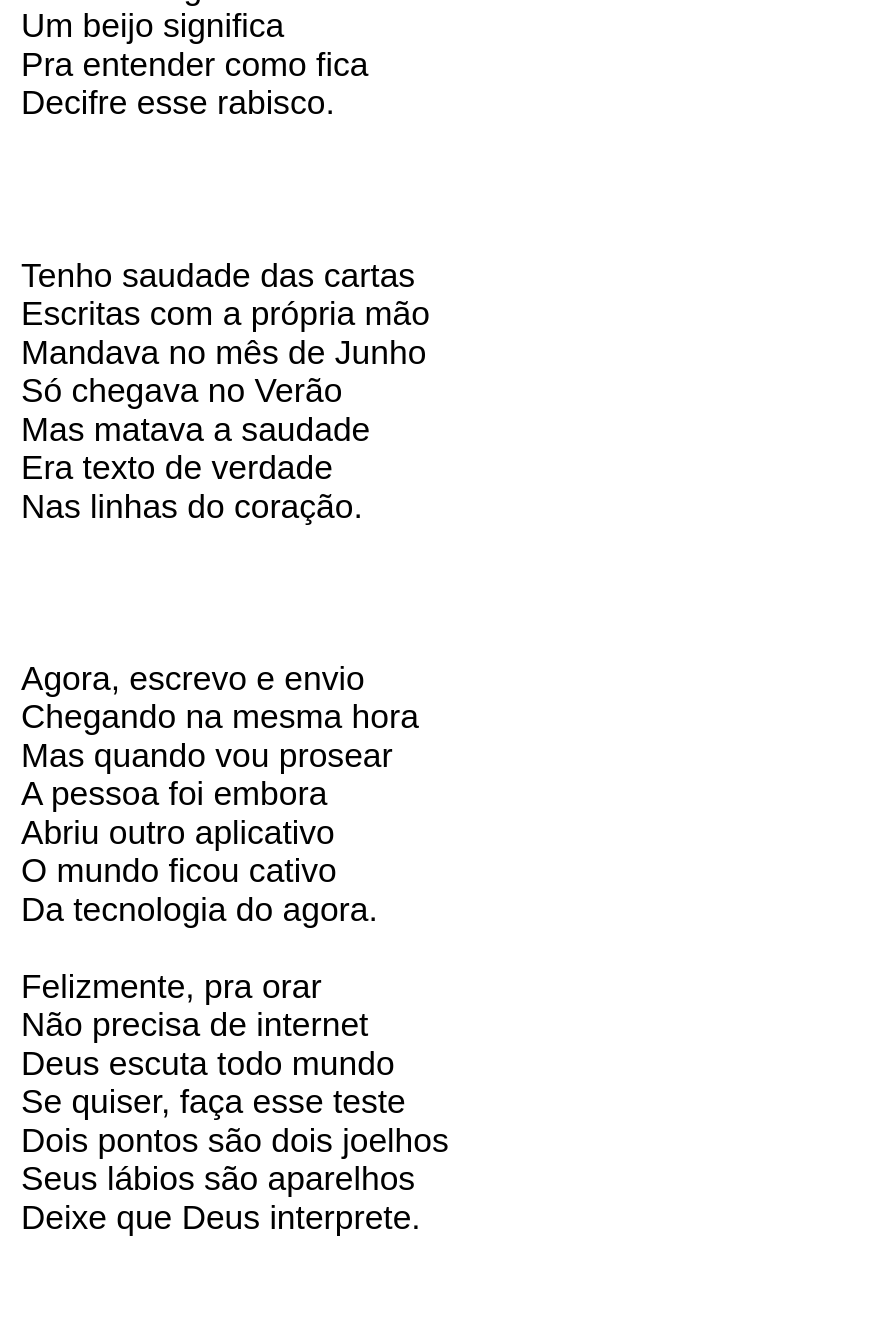
Repository: jorgprado/curso-html-css-Guanabara
Page: exec-pag-cordel/index.html
The author's editor kept a copy of each file at every save. The page is drawn from the files as they stood at one save, then again after the next save.
The browser window is 1280 px wide. The pictures show the part of the page from y = 2086 to 4006 px (the page is 3970 px tall before and 4006 px after), at 70% of full size.
Some web fonts or font styles are not loaded; a fallback is used.

Above is the page before, as saved 2023-05-18 15:54:04.

### exec-pag-cordel/index.html
<!DOCTYPE html>
<html lang="pt-br">
<head>
    <meta charset="UTF-8">
    <meta http-equiv="X-UA-Compatible" content="IE=edge">
    <meta name="viewport" content="width=device-width, initial-scale=1.0">
    <link rel="stylesheet" href="estilos/style.css">
    <title>Cordel Moderno</title>
</head>
<body>
    <header>
        <h1>Cordel Moderno</h1>
        <p>Por <a href="https://www.recantodasletras.com.br/poesias/3186743" target="_blank">Milton Duarte</a></p>
    </header>
    <main>
        <article>

            <div class="box">
                <p>
                    Estou ficando cansado
                    Da tal tecnologia
                    Só se fala por e-mail
                    Mensagem curta e fria
                    Twitter e Facebook
                    Antes que eu caduque
                    Vou dizer tudo em poesia.
                </p>
            </div>

            <div class="box box-img">
                <p>
                    Não é mais como era antes
                    É tudo abreviado
                    "Você" só tem duas letras
                    O "O" e o "E" foi riscado
                    Para declarar o amor
                    Basta botar uma flor
                    E um coração desenhado.
                </p>
            </div>

            <div class="box">
                <p>
                    Arroba agora não pesa
                    É parte de um endereço
                    Ponto final nem se usa
                    Ou vai até no começo
                    Agora é .com
                    Se o saite é muito bom
                    Ele vale um alto preço.
                    Pra piorar a liguagem
                    O emoticom é um risco
                    Tem símbolo para tudo
                    Ponto e vírgula e um asterisco
                    Um beijo significa
                    Pra entender como fica
                    Decifre esse rabisco.
                </p>
            </div>

            <div class="box box-img1">
                <p>
                    Tenho saudade das cartas
                    Escritas com a própria mão
                    Mandava no mês de Junho
                    Só chegava no Verão
                    Mas matava a saudade
                    Era texto de verdade
                    Nas linhas do coração.
                </p>
            </div>

            <div class="box">
                <p>
                    Agora, escrevo e envio
                    Chegando na mesma hora
                    Mas quando vou prosear
                    A pessoa foi embora
                    Abriu outro aplicativo
                    O mundo ficou cativo
                    Da tecnologia do agora.

                    Felizmente, pra orar
                    Não precisa de internet
                    Deus escuta todo mundo
                    Se quiser, faça esse teste
                    Dois pontos são dois joelhos
                    Seus lábios são aparelhos
                    Deixe que Deus interprete.
                </p>
            </div>
        </article>
    </main>

</body>
</html>

### exec-pag-cordel/estilos/style.css
@import url('https://fonts.googleapis.com/css2?family=Passion+One:wght@700&family=Sriracha&display=swap');

*{
    padding: 0;
    margin: 0;
    font-size: 1em;
}

a{
    text-decoration: none;
    color: white;
    font-weight: bolder;
}



header{
    color: white;
    background-color: black;
    text-align: center;

}

header h1{
    padding-top: 50px;
    color: white;
    font-family: 'Passion One', sans-serif;
    font-variant: small-caps;
    font-size: 10vw;
}


header p{
    color:white;
    font-family: sans-serif;
    padding-bottom: 50px;
}


main article .box{
    white-space: pre-line;
    padding-left: 30px;
    padding-bottom:100px;

}

main article .box p{
    font-family: 'Sriracha', sans-serif;
    font-size: 3em;
}

main article .box-img{
    background-image: url(../imagens/background001.jpg);
    background-position: fixed;
}

After the next save:
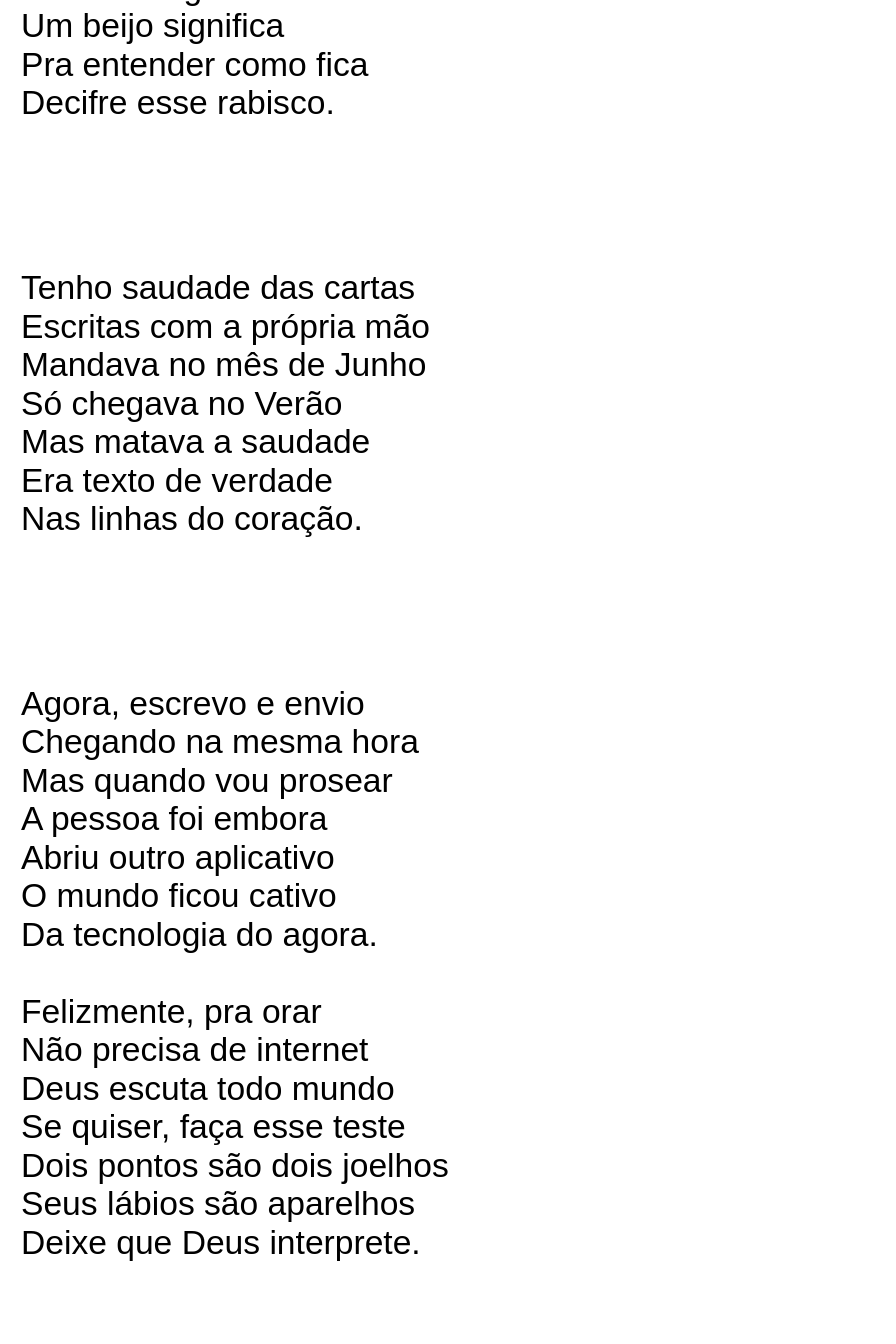
Saved 27 s later.
--- a/exec-pag-cordel/index.html
+++ b/exec-pag-cordel/index.html
@@ -59,15 +59,17 @@
             </div>
 
             <div class="box box-img1">
-                <p>
-                    Tenho saudade das cartas
-                    Escritas com a própria mão
-                    Mandava no mês de Junho
-                    Só chegava no Verão
-                    Mas matava a saudade
-                    Era texto de verdade
-                    Nas linhas do coração.
-                </p>
+                <div>
+                    <p>
+                        Tenho saudade das cartas
+                        Escritas com a própria mão
+                        Mandava no mês de Junho
+                        Só chegava no Verão
+                        Mas matava a saudade
+                        Era texto de verdade
+                        Nas linhas do coração.
+                    </p>
+                </div>
             </div>
 
             <div class="box">
